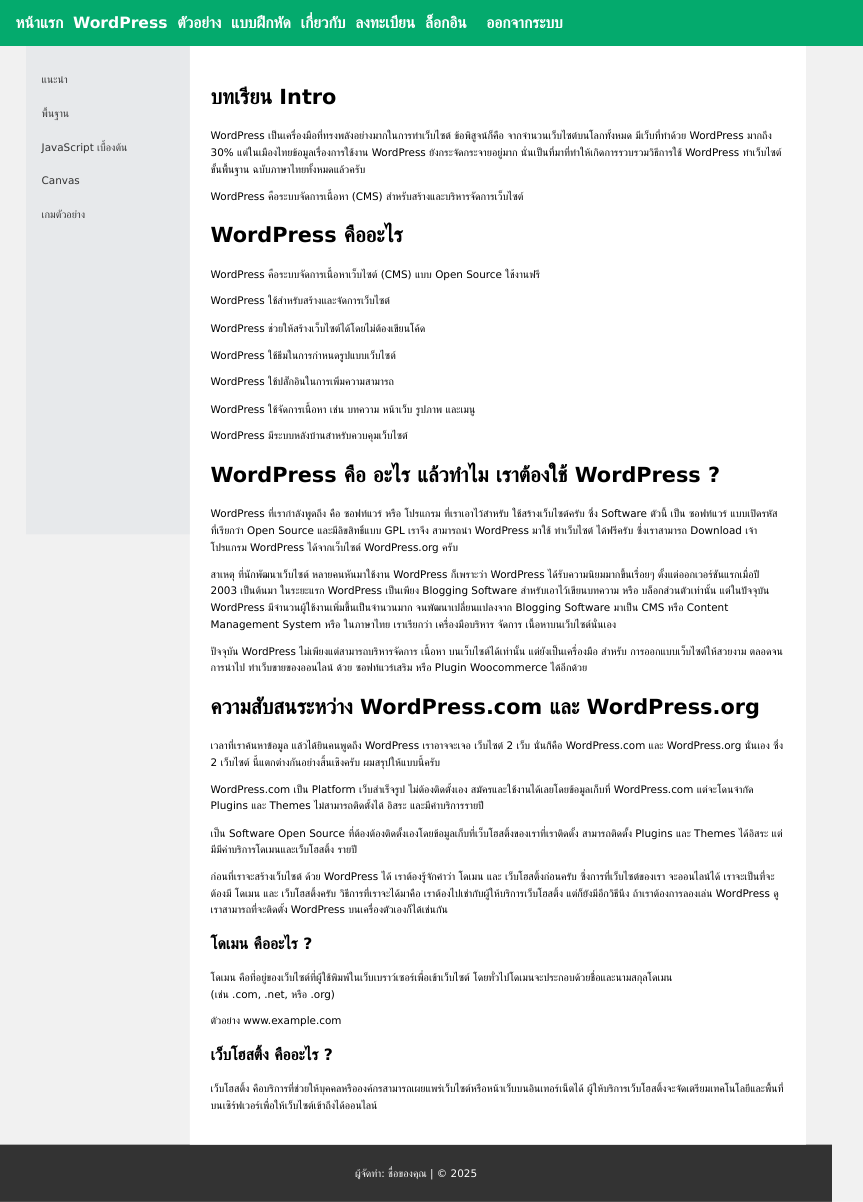
Repository: staggil/thesis
Page: lessons/intro.html
The author's editor kept a copy of each file at every save. The page is drawn from the files as they stood at one save, then again after the next save.
The browser window is 1280 px wide. The page is 1328 px wide, so the pictures cover 1328 px, including what lies to the right of the window. The pictures show the whole page, at 65% of full size.
The page's requests for data from a server got no answer.

Above is the page before, as saved 2025-12-15 04:17:00.

After the next save:
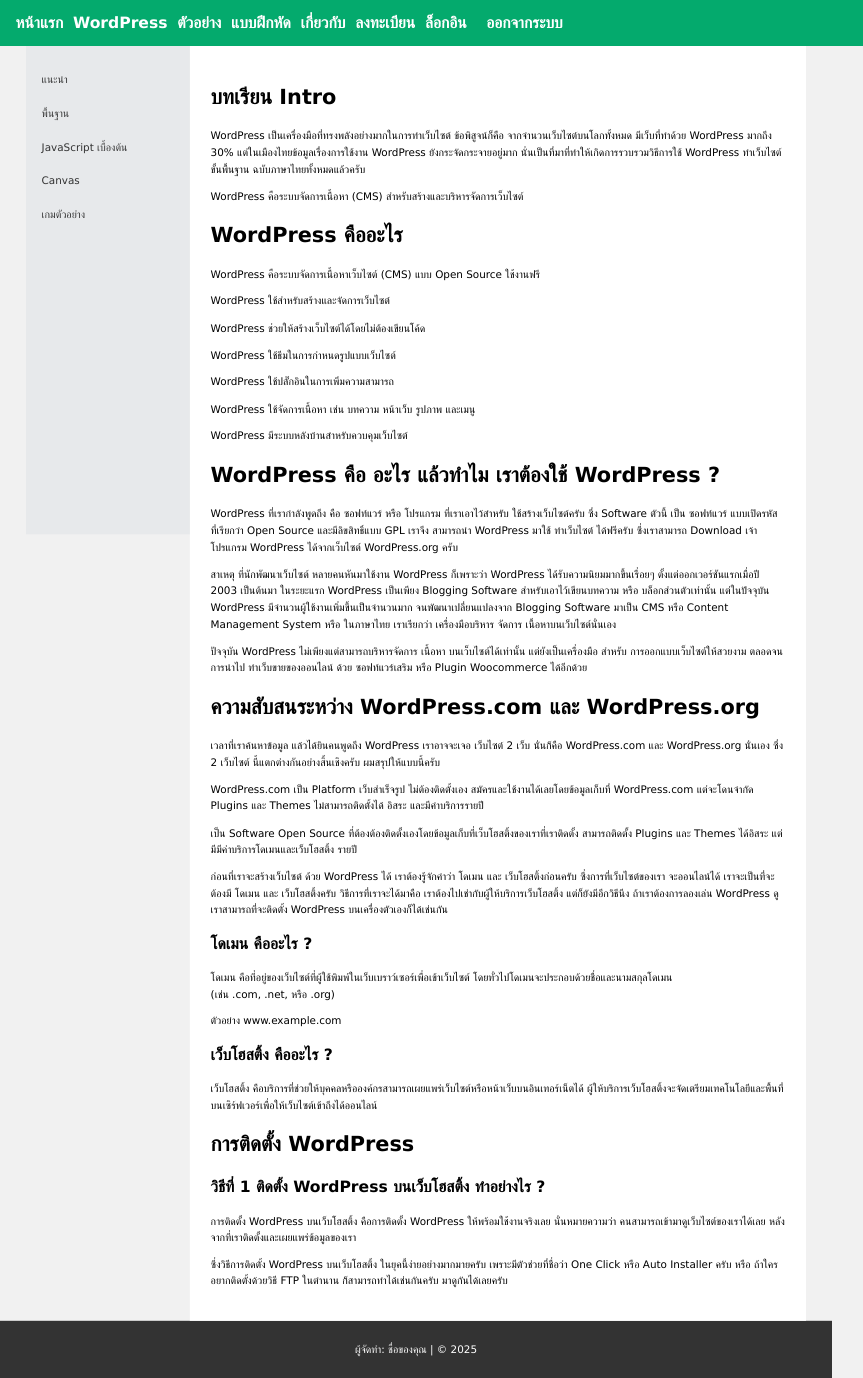
Saved 10 min 42 s later.
--- a/lessons/intro.html
+++ b/lessons/intro.html
@@ -71,6 +71,14 @@
              <h2>เว็บโฮสติ้ง คืออะไร ?</h2>
              <p>เว็บโฮสติ้ง คือบริการที่ช่วยให้บุคคลหรือองค์กรสามารถเผยแพร่เว็บไซต์หรือหน้าเว็บบนอินเทอร์เน็ตได้
                 ผู้ให้บริการเว็บโฮสติ้งจะจัดเตรียมเทคโนโลยีและพื้นที่บนเซิร์ฟเวอร์เพื่อให้เว็บไซต์เข้าถึงได้ออนไลน์</p>
+
+            <h1>การติดตั้ง WordPress</h1>
+            <h2>วิธีที่ 1 ติดตั้ง WordPress บนเว็บโฮสติ้ง ทำอย่างไร ?</h2>
+            <p>การติดตั้ง WordPress บนเว็บโฮสติ้ง คือการติดตั้ง WordPress ให้พร้อมใช้งานจริงเลย
+                นั่นหมายความว่า คนสามารถเข้ามาดูเว็บไซต์ของเราได้เลย หลังจากที่เราติดตั้งและเผยแพร่ข้อมูลของเรา</p>
+            <p>ซึ่งวิธีการติดตั้ง WordPress บนเว็บโฮสติ้ง ในยุคนี้ง่ายอย่างมากมายครับ เพราะมีตัวช่วยที่ชื่อว่า One Click
+                หรือ Auto Installer ครับ หรือ ถ้าใครอยากติดตั้งด้วยวิธี FTP ในตำนาน ก็สามารถทำได้เช่นกันครับ มาดูกันได้เลยครับ</p>
+
     </main>
 </div>
     <!-- footer -->
